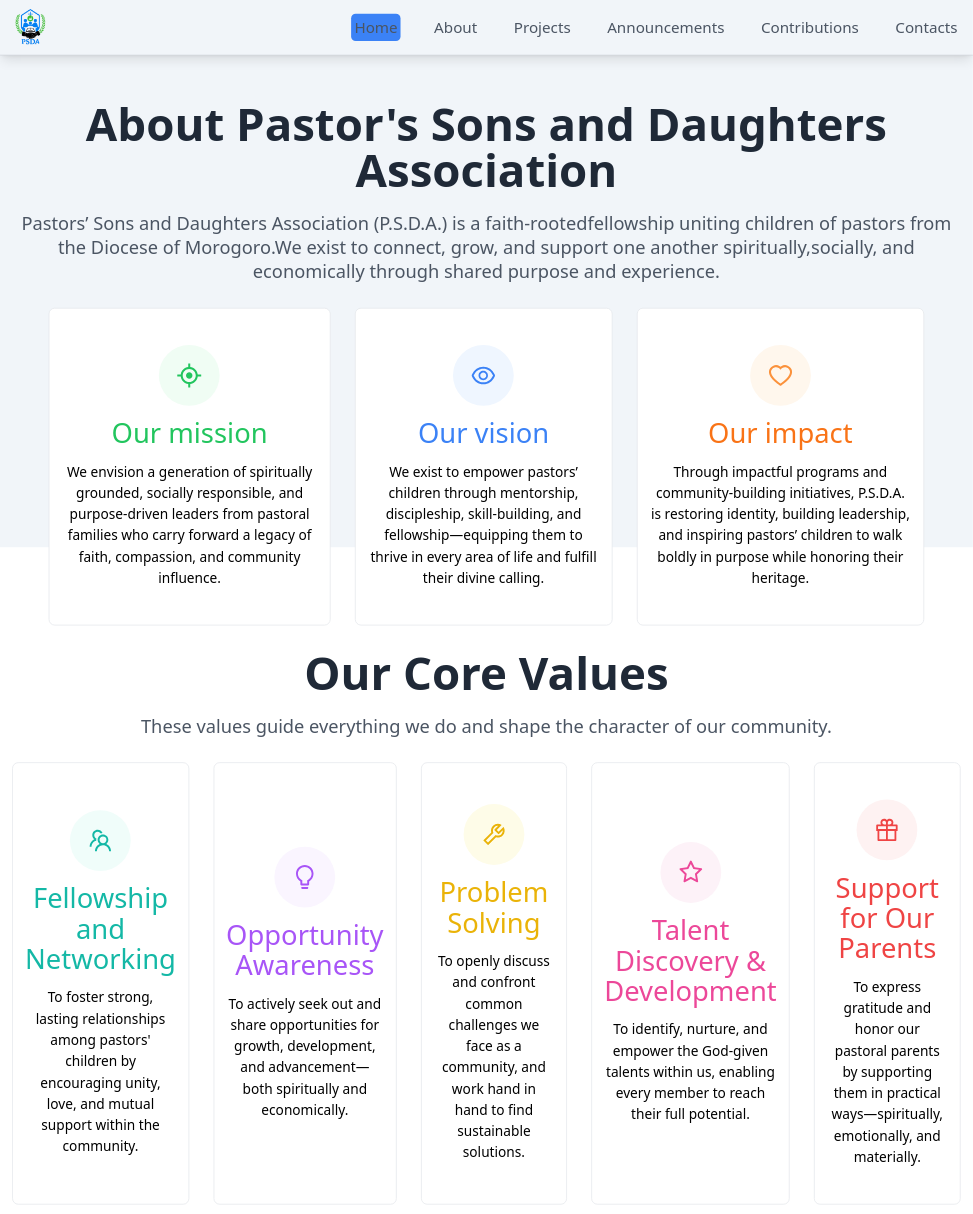
Repository: Zedestar/psda
Page: /about
An editor plug-in stored every save of this project. The page is shown before and after the next save, followed by the edit.
The browser window is 1280 px wide. The pictures show the whole page, at 76% of full size.
The project was rebuilt for these pictures with package versions that can differ from the ones it lists, and the page was loaded fresh each time. Also part of the build but not shown: src/pages/home/home.jsx, src/pages/projects/projects.jsx, src/pages/announcements/announcements.jsx, src/pages/contirbutions/contributions.jsx, src/pages/contacts/contacts.jsx.

Above is the page before, as saved 2025-07-19 09:38:43.

After the next save:
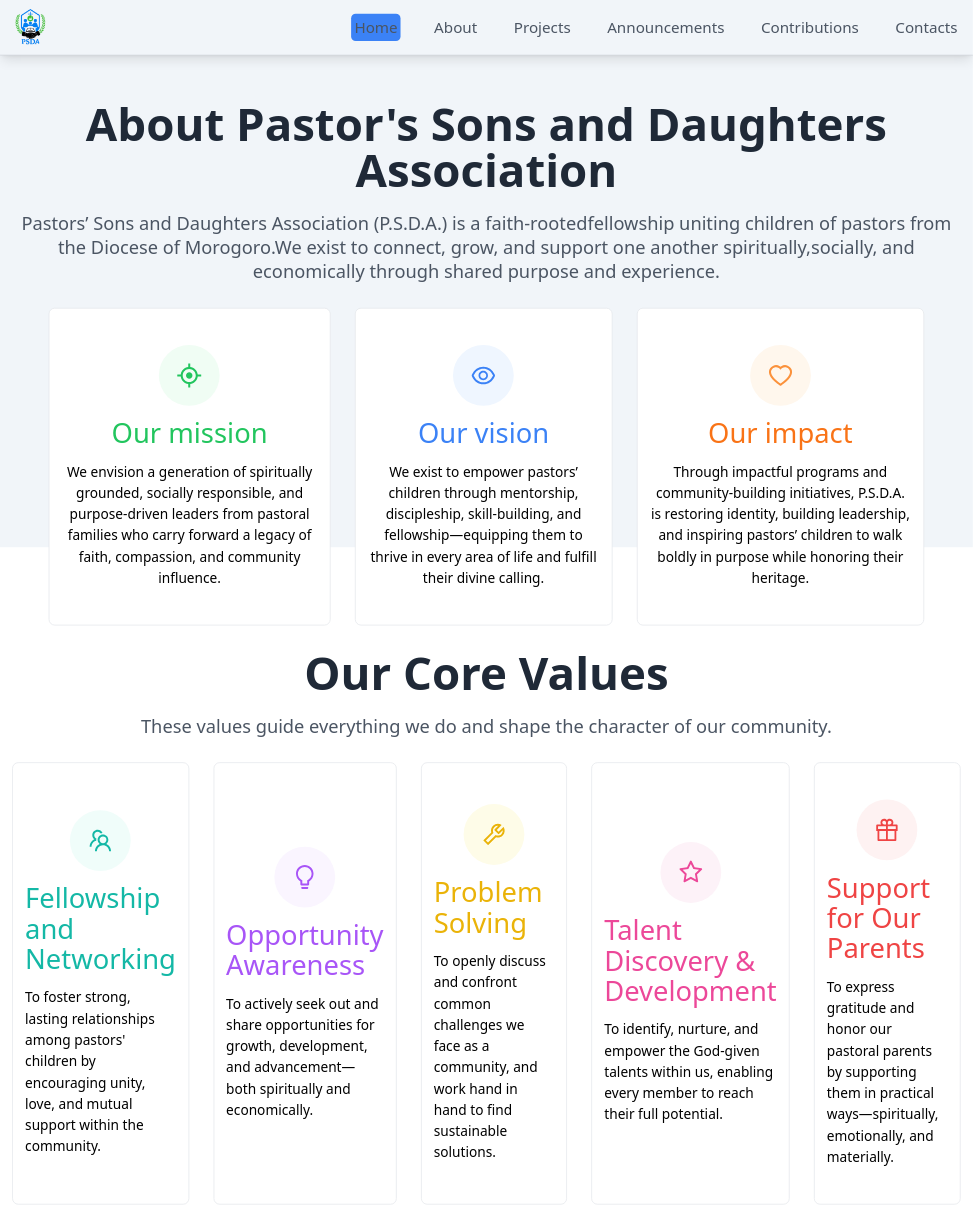
Saved 26 s later.
--- a/src/pages/about/about.jsx
+++ b/src/pages/about/about.jsx
@@ -1,4 +1,5 @@
 import PrimaryCard from "../../components/cards/primary-card";
+import SecondaryCard from "../../components/cards/secondary-card";
 import aboutUsData from "./about-us-data";
 import core_objectives_data from "./core-objective-goals-data";
 import mission_vission_impact_data from "./mission-vission-impact";
@@ -29,7 +30,7 @@ function AboutPage() {
         </div>
         <div className="flex">
           {core_objectives_data.map((item) => (
-            <PrimaryCard item={item} />
+            <SecondaryCard item={item} />
           ))}
         </div>
       </div>
